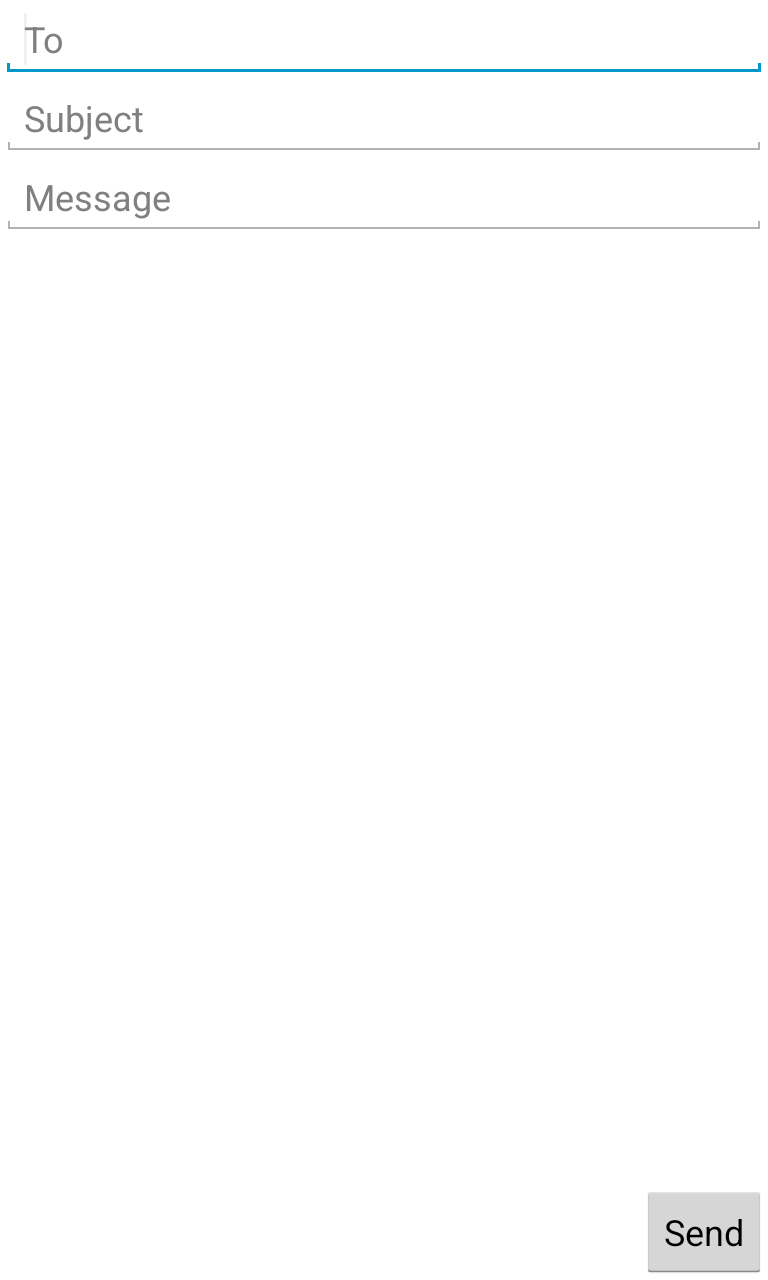
Repository: iracom/ejercicios-android
Layout: Layouts/res/layout/activity_form.xml
These files come from the project's save history. The layout is drawn as it stood at one moment and after the next save; the edit follows.
It is drawn on a 768 x 1280 px phone screen (xhdpi) without system bars, with theme AppTheme; the app's code is not run.

Above is the layout before, as saved 2014-05-07 08:20:02.

After the next save:
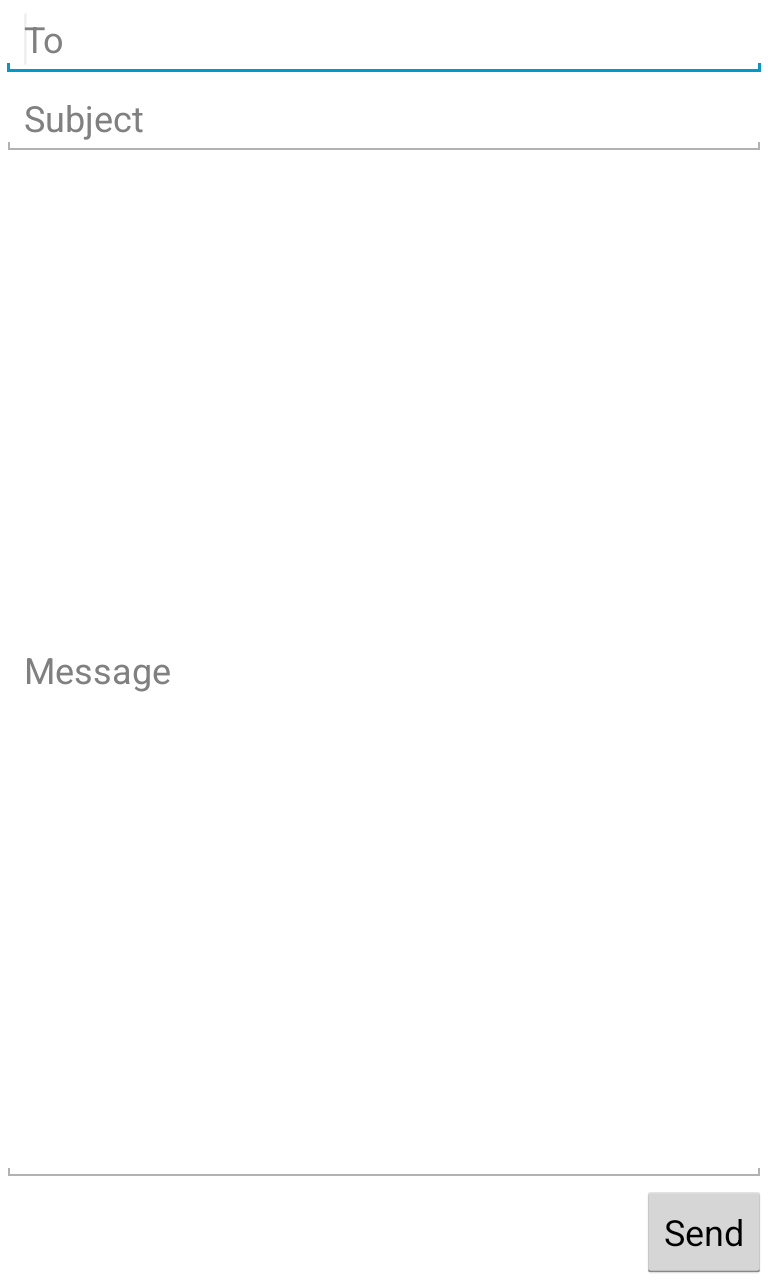
Saved 2 min 29 s later.
--- a/Layouts/res/layout/activity_form.xml
+++ b/Layouts/res/layout/activity_form.xml
@@ -33,11 +33,13 @@
         android:id="@+id/editText3"
         android:layout_width="wrap_content"
         android:layout_height="wrap_content"
+        android:layout_above="@+id/button1"
         android:layout_alignParentLeft="true"
         android:layout_alignParentRight="true"
         android:layout_below="@+id/editText2"
         android:ems="10"
-        android:hint="@string/message" />
+        android:hint="@string/message"
+        android:inputType="textMultiLine" />
 
     <Button
         android:id="@+id/button1"
